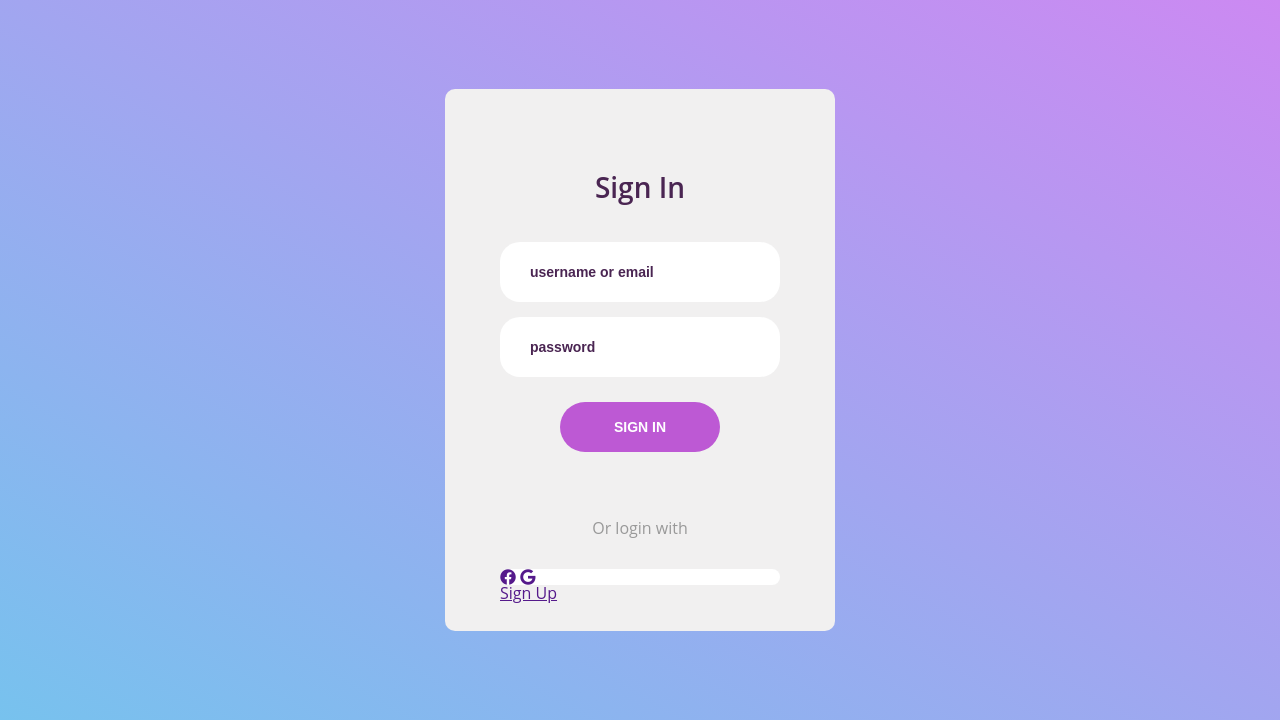
Repository: letrongtinh27/LapTrinhWeb
Page: signin/index.html
The author's editor kept a copy of each file at every save. The page is drawn from the files as they stood at one save, then again after the next save.
The browser window is 1280 px wide. The pictures show the whole page.

Above is the page before, as saved 2022-10-09 21:24:09.

After the next save:
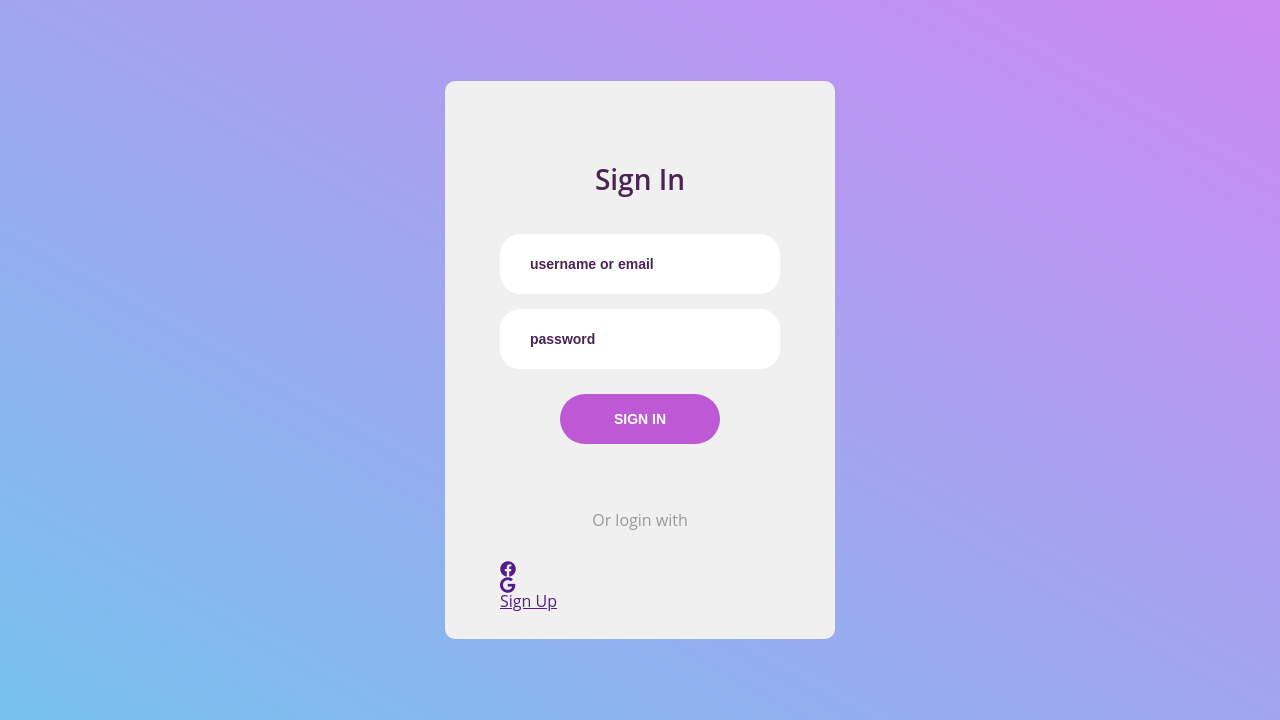
Saved 57 s later.
--- a/signin/index.html
+++ b/signin/index.html
@@ -21,10 +21,12 @@
             </div>
             <button class="btn-signin">sign in</button>
             <p class="chose">Or login with</p>
-            <div class="sing-in-icon">
+            <div class="sign-in-icon">
                 <a href="" class="facebook"><i class="fa-brands fa-facebook"></i></a>
-                <a href="" class="google"><i class="fa-brands fa-google"></i></a>
             </div>
+            <div class="sign-in-icon">
+            <a href="" class="google"><i class="fa-brands fa-google"></i></a>
+        </div>
             <a href="" class="sign-up">Sign Up</a>
         </form>
     </div>
